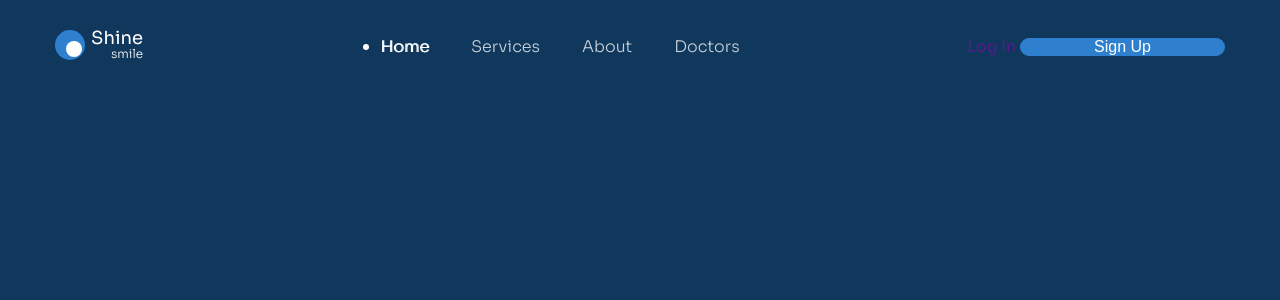
Repository: Tran-Dat/F8_Project_03
Page: index.html
The author's editor kept a copy of each file at every save. The page is drawn from the files as they stood at one save, then again after the next save.
The browser window is 1280 px wide. The pictures show the whole page.

Above is the page before, as saved 2023-04-03 10:12:47.

### index.html
<!DOCTYPE html>
<html lang="en">
    <head>
        <meta charset="UTF-8" />
        <meta http-equiv="X-UA-Compatible" content="IE=edge" />
        <meta name="viewport" content="width=device-width, initial-scale=1.0" />
        <title>shine smile</title>

        <!-- Favicon -->
        <link rel="apple-touch-icon" sizes="57x57" href="./assets/favicon/" />
        <link
            rel="apple-touch-icon"
            sizes="60x60"
            href="./assets/favicon/apple-icon-60x60.png"
        />
        <link
            rel="apple-touch-icon"
            sizes="72x72"
            href="./assets/favicon/apple-icon-72x72.png"
        />
        <link
            rel="apple-touch-icon"
            sizes="76x76"
            href="./assets/favicon/apple-icon-76x76.png"
        />
        <link
            rel="apple-touch-icon"
            sizes="114x114"
            href="./assets/favicon/apple-icon-114x114.png"
        />
        <link
            rel="apple-touch-icon"
            sizes="120x120"
            href="./assets/favicon/apple-icon-120x120.png"
        />
        <link
            rel="apple-touch-icon"
            sizes="144x144"
            href="./assets/favicon/apple-icon-144x144.png"
        />
        <link
            rel="apple-touch-icon"
            sizes="152x152"
            href="./assets/favicon/apple-icon-152x152.png"
        />
        <link
            rel="apple-touch-icon"
            sizes="180x180"
            href="./assets/favicon/apple-icon-180x180.png"
        />
        <link
            rel="icon"
            type="image/png"
            sizes="192x192"
            href="./assets/favicon/android-icon-192x192.png"
        />
        <link
            rel="icon"
            type="image/png"
            sizes="32x32"
            href="./assets/favicon/favicon-32x32.png"
        />
        <link
            rel="icon"
            type="image/png"
            sizes="96x96"
            href="./assets/favicon/favicon-96x96.png"
        />
        <link
            rel="icon"
            type="image/png"
            sizes="16x16"
            href="./assets/favicon/favicon-16x16.png"
        />
        <link rel="manifest" href="./assets/favicon/manifest.json" />
        <meta name="msapplication-TileColor" content="#ffffff" />
        <meta
            name="msapplication-TileImage"
            content="./assets/favicon/ms-icon-144x144.png"
        />
        <meta name="theme-color" content="#ffffff" />

        <!-- Emmet Fonts -->
        <link rel="preconnect" href="https://fonts.googleapis.com" />
        <link rel="preconnect" href="https://fonts.gstatic.com" crossorigin />
        <link
            href="https://fonts.googleapis.com/css2?family=Sora:wght@300;400;500;600;700;800&display=swap"
            rel="stylesheet"
        />

        <!-- Reset Css -->
        <link rel="stylesheet" href="./assets/css/reset.css" />
        <link rel="stylesheet" href="./assets/css/style.css" />
    </head>
    <body>
        <header class="header">
            <div class="container">
                <div class="header-top">
                    <!-- Logo -->
                    <a href="/">
                        <div class="logo">
                            <span class="logo__circle"> </span>
                            <span class="logo__text">
                                <span class="logo__brand">Shine</span>
                                <span class="logo__brand logo__brand--small">
                                    smile
                                </span>
                            </span>
                        </div>
                    </a>

                    <!-- NavBar -->
                    <nav class="navbar">
                        <ul class="navbar__list">
                            <li class="navbar__item">
                                <a
                                    href="#!"
                                    class="navbar__link navbar__item--active"
                                >
                                    Home
                                </a>
                            </li>
                            <li class="navbar__item">
                                <a href="#!" class="navbar__link">Services</a>
                            </li>
                            <li class="navbar__item">
                                <a href="#!" class="navbar__link">About</a>
                            </li>
                            <li class="navbar__item">
                                <a href="#!" class="navbar__link">Doctors</a>
                            </li>
                        </ul>
                    </nav>

                    <!-- Action -->
                    <div class="action">
                        <a href="" class="action__login">Log In</a>
                        <button href="" class="btn action__signup">
                            Sign Up
                        </button>
                    </div>
                </div>
            </div>
        </header>
    </body>
</html>

### assets/css/style.css
* {
    box-sizing: border-box;
}

:root {
    --header-bg: #10375c;
}

html {
    font-size: 62.5%;
}

body {
    font-size: 1.6rem;
    font-family: "Sora", sans-serif;
}

/* ================================================================ Common ================================================================ */

.btn {
    --heigh: 60px;

    display: inline-block;
    min-width: 205px;
    height: var(--height);
    padding: 0 20px;
    border-radius: 99px;
    border: 1px solid #2e80ce;
    font-size: 1.6rem;
    font-weight: 400;
    text-align: center;
    line-height: var(--height);
    color: #fff;
    background: #2e80ce;
}

.btn:hover {
    opacity: 0.9;
    cursor: pointer;
}

a {
    text-decoration: none;
}

.container {
    width: 1170px;
    max-width: calc(100% - 48px);
    margin: 0 auto;
}

/* ================================================================ Header ================================================================ */

.header {
    min-height: 100vh;
    background: var(--header-bg);
    padding-top: 30px;
}

.header-top {
    display: flex;
    justify-content: space-between;
    align-items: center;
}

.logo {
    display: inline-flex;
    position: relative;
    font-size: 1rem;
}

.logo__circle::before,
.logo__circle::after {
    content: "";
    display: inline-block;
    border-radius: 50%;
}

.logo__circle::before {
    width: 3em;
    height: 3em;
    background: #2e80ce;
}

.logo__circle::after {
    position: absolute;
    top: 1.1em;
    left: 1.1em;
    width: 1.6em;
    height: 1.6em;
    background: #fff;
}

.logo__text {
    margin-left: 0.6em;
    text-align: right;
    line-height: 1.6em;
}

.logo__brand {
    display: block;
    font-size: 1.8em;
    font-weight: 400;
    color: #fff;
}

.logo__brand--small {
    font-size: 1.2em;
    font-weight: 300;
}

.navbar__list {
    display: flex;
}

.header-action__login,
.navbar__link {
    padding: 4px 21px;
    font-weight: 300;
    font-size: 1.6rem;
    line-height: 1.75;
    color: #c9d2da;
}

.navbar__link:hover,
.navbar__item--active {
    text-shadow: 1px 0 0 currentColor;
    color: #fff;
}

.navbar__item--active::before {
    position: relative;
    left: -8px;
    top: -2px;
    content: "";
    display: inline-block;
    width: 6px;
    height: 6px;
    border-radius: 50%;
    background-color: #fff;
}

.header-action {
    display: flex;
}

.header-action__login {
    margin-right: 7px;
}

.header-action__signup {
    --height: 44px;
    height: var(--height);
    min-width: 104px;
}

Loaded but not shown: assets/css/reset.css (common file)

After the next save:
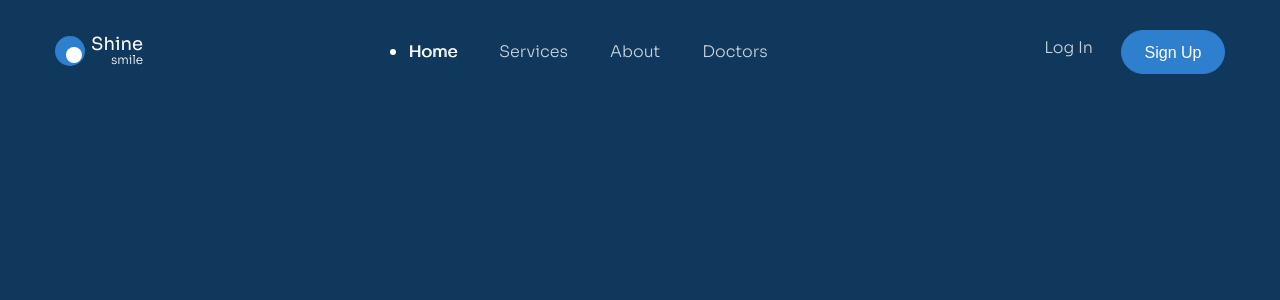
Saved 24 s later.
--- a/index.html
+++ b/index.html
@@ -133,9 +133,9 @@
                     </nav>
 
                     <!-- Action -->
-                    <div class="action">
-                        <a href="" class="action__login">Log In</a>
-                        <button href="" class="btn action__signup">
+                    <div class="header-action">
+                        <a href="" class="header-action__login">Log In</a>
+                        <button href="" class="btn header-action__signup">
                             Sign Up
                         </button>
                     </div>
